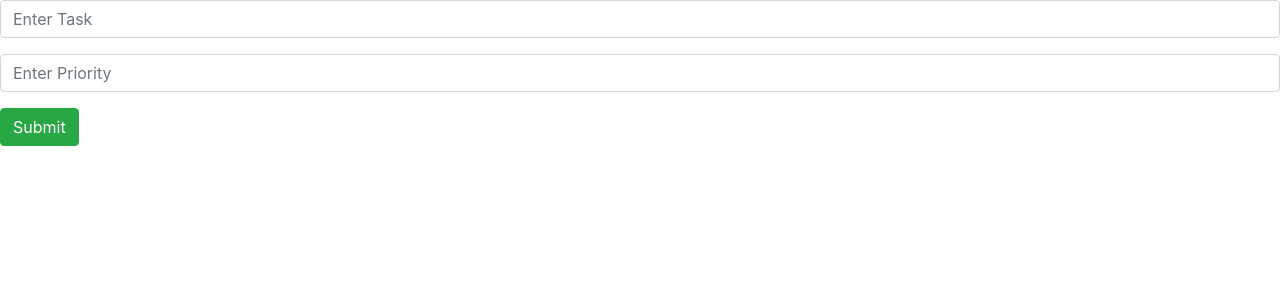
Repository: bitmap357/To-Do-App_Django
Page: http://localhost/add/
These files come from the project's save history. The page is drawn as it stood at one moment and after the next save; the edit follows.
The browser window is 1280 px wide. The pictures show the whole page.
The page is served by the project's application, run on Django 5.2 (mysite/manage.py). Other server files are loaded and not shown.

Above is the page before, as saved 2024-03-27 22:37:22.

### mysite/myapp/templates/myapp/add.html
{% extends 'myapp/base.html' %}
{% block body %}
<form class="p3shadow" method="post">
    {% csrf_token %}
    <div class="form-group">
        <input type="text" class="form-control" name="name" id="name" placeholder="Enter Task">
    </div>
    <div class="form-group">
        <input type="text" class="form-control" name="priority" id="priority" placeholder="Enter Priority">
    </div>
    <input class="btn btn-success" type="submit">
</form>
{% endblock %}

### mysite/myapp/templates/myapp/base.html
<!DOCTYPE html>
<html lang="en">
<head>
    <link rel="stylesheet" href="https://cdn.jsdelivr.net/npm/bootstrap@4.0.0/dist/css/bootstrap.min.css" integrity="sha384-Gn5384xqQ1aoWXA+058RXPxPg6fy4IWvTNh0E263XmFcJlSAwiGgFAW/dAiS6JXm" crossorigin="anonymous">
    <title>Document</title>
</head>
<body>
    {% block body %}

    {% endblock %}
</body>
</html>

### mysite/myapp/views.py
from django.shortcuts import render
from .models import Task

# Create your views here.
def add(request):
    if request.method == "POST":
        name = request.POST.get('name', '')
        priority = request.POST.get('priority', '')

        task = Task(name=name, priority=priority)
        task.save()

    return render(request, 'myapp/add.html')

### mysite/mysite/urls.py
"""
URL configuration for mysite project.

The `urlpatterns` list routes URLs to views. For more information please see:
    https://docs.djangoproject.com/en/5.0/topics/http/urls/
Examples:
Function views
    1. Add an import:  from my_app import views
    2. Add a URL to urlpatterns:  path('', views.home, name='home')
Class-based views
    1. Add an import:  from other_app.views import Home
    2. Add a URL to urlpatterns:  path('', Home.as_view(), name='home')
Including another URLconf
    1. Import the include() function: from django.urls import include, path
    2. Add a URL to urlpatterns:  path('blog/', include('blog.urls'))
"""
from django.contrib import admin
from django.urls import path
from myapp import views

urlpatterns = [
    path("admin/", admin.site.urls),
    path("add/", views.add, name='add'),
]

After the next save:
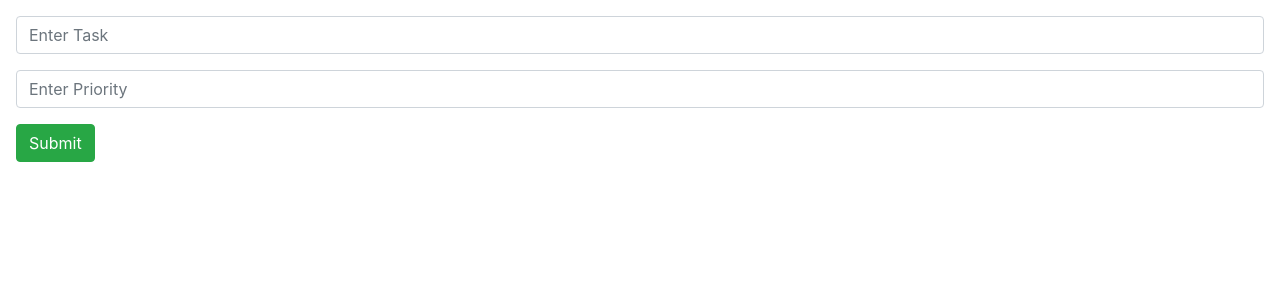
Saved 4 s later.
--- a/mysite/myapp/templates/myapp/add.html
+++ b/mysite/myapp/templates/myapp/add.html
@@ -1,6 +1,6 @@
 {% extends 'myapp/base.html' %}
 {% block body %}
-<form class="p3shadow" method="post">
+<form class="p-3 shadow" method="post">
     {% csrf_token %}
     <div class="form-group">
         <input type="text" class="form-control" name="name" id="name" placeholder="Enter Task">
